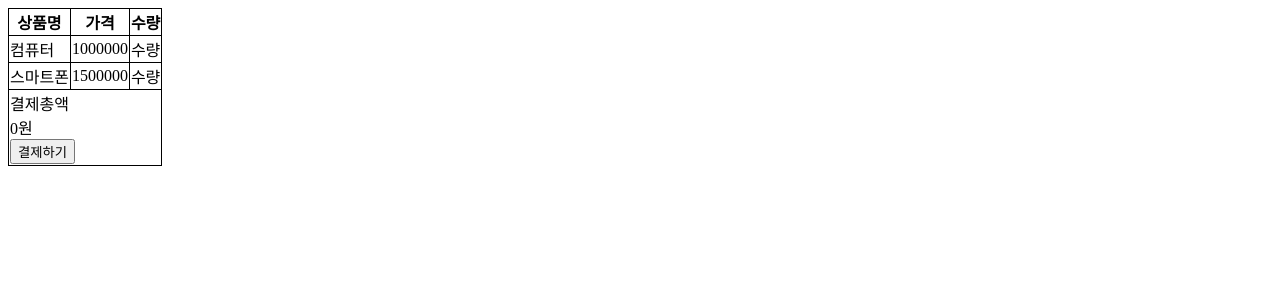
Repository: MySunTY/JSP
Page: http://localhost/JSP08/
The author's editor kept a copy of each file at every save. The page is drawn from the files as they stood at one save, then again after the next save.
The browser window is 1280 px wide. The pictures show the whole page.
The page is served by Tomcat 9.

Above is the page before, as saved 2024-05-16 05:26:34.

After the next save:
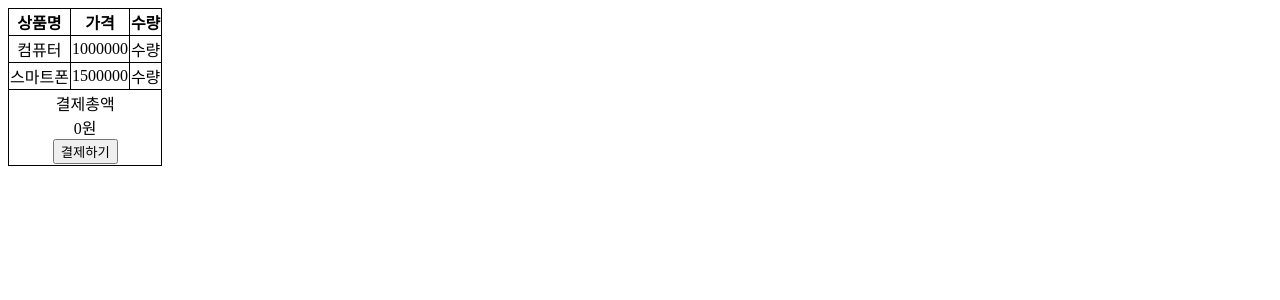
Saved 55 s later.
--- a/JSP08/src/main/webapp/index.jsp
+++ b/JSP08/src/main/webapp/index.jsp
@@ -12,10 +12,9 @@
 			}
 			table{
 				border-collapse : collapse;
+				text-align : center;
 			}
-			#wrap{
-				margin : 0 auto;
-			}
+
 		</style>
 	</head>
 	<body>
